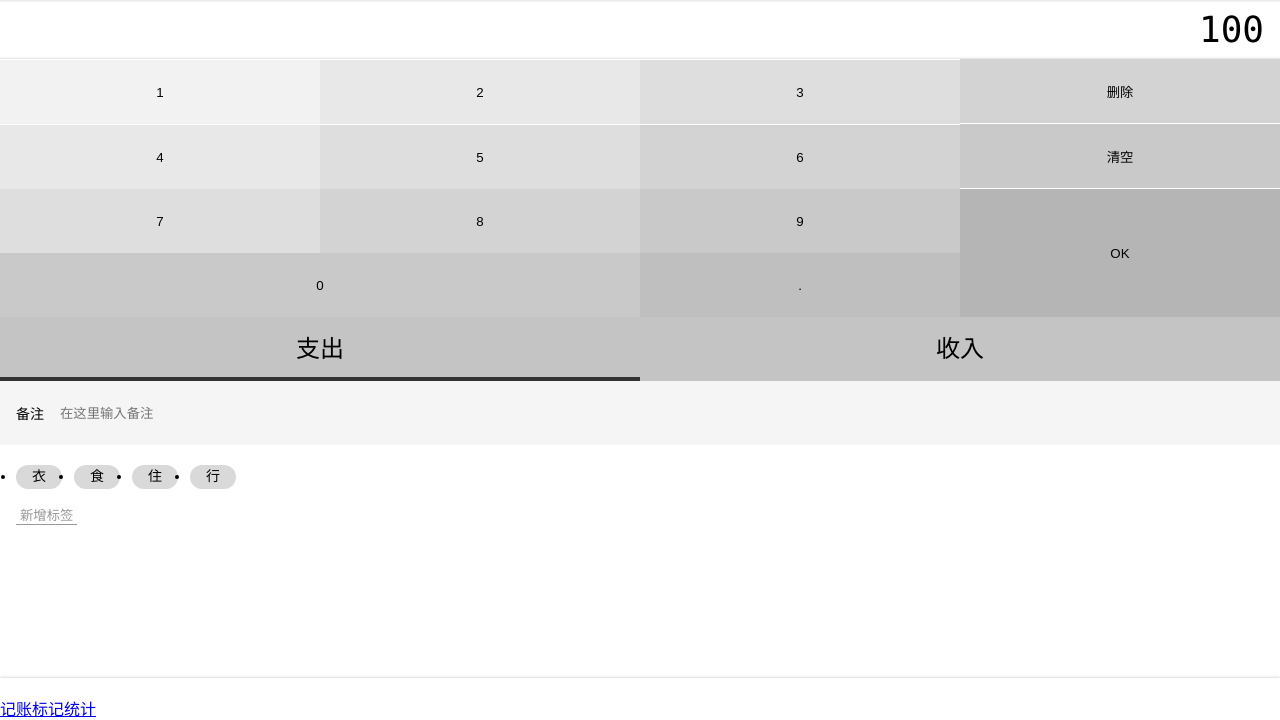
Repository: jiujiu407/bookkeeping
Page: /
An editor plug-in stored every save of this project. The page is shown before and after a run of saves, followed by the edit.
The browser window is 1280 px wide. The pictures show the whole page.
The project was rebuilt for these pictures with package versions that can differ from the ones it lists, and the page was loaded fresh each time. Also part of the build but not shown: vue.config.js, src/views/Labels.vue, src/views/Statistics.vue, src/views/NotFound.vue.

Above is the page before, as saved 2021-10-19 14:46:14.

### src/main.ts
import Vue from 'vue'
import App from './App.vue'
import './registerServiceWorker'
import router from './router'
import store from './store'
import Nav from '@/components/Nav.vue';
import Layout from '@/components/Layout.vue';
import Icon from '@/components/Icon.vue';

Vue.config.productionTip = false
Vue.component('Nav',Nav)
Vue.component('Layout',Layout)
Vue.component('Icon',Icon)
new Vue({
  router,
  store,
  render: h => h(App)
}).$mount('#app')

### src/App.vue
import router from '../.history/src/router/index_20211014144307';
<template>
<div>
  <router-view/>
</div>
</template>

<style lang="scss">
*{
  margin: 0;
  padding: 0;
  box-sizing: border-box;
}
#app {
  font-family: Avenir, Helvetica, Arial, sans-serif;
  -webkit-font-smoothing: antialiased;
  -moz-osx-font-smoothing: grayscale;
  text-align: center;
  color: #2c3e50;
}

#nav {
  padding: 30px;

  a {
    font-weight: bold;
    color: #2c3e50;

    &.router-link-exact-active {
      color: #42b983;
    }
  }
}
</style>

### src/router/index.ts
import Vue from 'vue'
import VueRouter, { RouteConfig } from 'vue-router'
import Money from '@/views/Money.vue'
import Labels from '@/views/Labels.vue'
import Statistics from '@/views/Statistics.vue'
import NotFound from '@/views/NotFound.vue'
Vue.use(VueRouter)

const routes: Array<RouteConfig> = [
  {
    // 根路径，重定向到money页面
    path:'/',
    redirect:'/money'
  },
 {
   path:'/money',
   component:Money
 },
 {
   path:'/labels',
   component:Labels
 },
 {
  path:'/statistics',
  component:Statistics
},
{
  // '*'指除了上面四个页面外的其他所有页面
  path:'*',
  component:NotFound
}
]

const router = new VueRouter({
  routes
})

export default router

### src/components/Nav.vue
<template>
    <nav>
    <router-link to="/money" class="item">
   <Icon name="money"></Icon>
    记账</router-link>
    <router-link to="/labels" class="item">
    <Icon name="label"></Icon>
    标记</router-link>
    <router-link to="/statistics" class="item">
    <Icon name="statistics"></Icon>
    统计</router-link>
  </nav>
</template>

<script lang="ts">
import Vue from 'vue'
export default Vue.extend({

})
</script>

// scoped:样式只在当前组件范围生效
<style lang="scss" scoped>
nav{
  display: flex;
  box-shadow: 0 0 3px rgba(0,0,0,0.25);
  flex-direction: row;
  >.item{

  }
}


</style>

### src/components/Layout.vue
<template>
    <div class="nav-wrapper">
        <div class="content">
           <slot></slot>
        </div>
     <Nav />
    </div>
</template>

<script>
    export default {

    }
</script>

<style lang="scss" scoped>
.nav-wrapper{
    display:flex;
    flex-direction: column;
    height: 100vh;
}
.content{
    // 1的意思是尽量把所有的高度都给content,其他部分占剩下的
    flex-grow: 1;
    overflow: auto;
}
</style>

### src/components/Icon.vue
<template>
    <div>
 <svg class="icon">
        <use :xlink:href="'#'+name"/>
    </svg>
    </div>
</template>

<script lang="ts">
let importAll = (requireContext: __WebpackModuleApi.RequireContext) => requireContext.keys().forEach(requireContext);
try{
    importAll(require.context('../assets/icons',true,/\.svg$/));
    }catch(error){
 console.log(error)
    }
    export default {
        props:['name']
    }
</script>

<style lang="scss" scoped>
   .icon{
       width: 1em;
       height: 1em;
       vertical-align: -0.15em;
       fill: currentColor;
       overflow: hidden;
   }
</style>

### src/views/Money.vue
import Money from '@/views/Money.vue';
import Layout from '@/components/Layout.vue';
<template>
    <div>
        <Layout class-prefix="layout">
          <div class="numberPad">
            <div class="output">100</div>
            <div class="buttons">
              <button>1</button>
              <button>2</button>
              <button>3</button>
              <button>删除</button>
              <button>4</button>
              <button>5</button>
              <button>6</button>
              <button>清空</button>
              <button>7</button>
              <button>8</button>
              <button>9</button>
              <button class="ok">OK</button>
              <button class="zero">0</button>
              <button>.</button>
            </div>
          </div>
          <div>
            <ul class="types">
              <li class="selected">支出</li>
              <li>收入</li>
            </ul>
          </div>
          <div>
            <label class="notes">
              <span class="name">备注</span>
              <input type="text" placeholder="在这里输入备注">
            </label>
          </div>
          <div class="tags">
            <div class="new">
              <button>新增标签</button>
            </div>
            <ul class="current">
              <li>衣</li>
              <li>食</li>
              <li>住</li>
              <li>行</li>
            </ul>
          </div>
        </Layout>
    </div>
</template>

<script>
    export default {
        name: "Money",
    }
</script>
<style lang="scss">
.layout-content{
  display: flex;
  flex-direction: column-reverse;
}
</style>
<style lang="scss" scoped>
@import "src/assets/style/helper";
.numberPad{
  .output{
    @extend %clearFix;
    @extend %innerShadow;
    font-size: 36px;
    font-family: Consolas, monospace;
    padding: 9px 16px;
    text-align: right;
  }
  .buttons{
    @extend %clearFix;
    > button{
      width: 25%;
      height: 64px;
      background: transparent;
      border: none;
      &.ok{
        height: 64*2px;
        float: right;
      }
      &.zero {
        width: 25% * 2;
      }
      $bg: #f2f2f2;
      &:nth-child(1){
        background: $bg;
      }
      &:nth-child(2),&:nth-child(5){
        background: darken($bg,4%);
      }
      &:nth-child(3),&:nth-child(6),&:nth-child(9){
        background: darken($bg,4*2%);
      }
      &:nth-child(4),&:nth-child(7),&:nth-child(10){
        background: darken($bg,4*3%);
      }
      &:nth-child(8),&:nth-child(11),&:nth-child(13){
        background: darken($bg,4*4%);
      }
      &:nth-child(14){
        background: darken($bg,4*5%);
      }
      &:nth-child(12){
        background: darken($bg,4*6%);
      }

    }
  }
}
.types{
  background: #c4c4c4;
  display: flex;
  text-align: center;
  font-size: 24px;
  > li {
    width: 50%;
    line-height: 64px;
    display: flex;
    justify-content: center;
    align-items: center;
    position: relative;
    &.selected::after {
      content: '';
      position: absolute;
      bottom: 0;
      left: 0;
      width: 100%;
      height: 4px;
      background: #333;
    }
  }
}
.notes{
  font-size: 14px;
  background: #f5f5f5;
  display: flex;
  padding-left: 16px;
  align-items: center;
  .name{
      padding-right: 16px;
  }
  input{
     height: 64px;
    flex-grow: 1;
    background: transparent;
    border: none;
    padding-right: 16px;
  }
}
.tags {
  font-size: 14px;
  padding: 16px;
  flex-grow: 1;
  display: flex;
  flex-direction: column-reverse;
  > .current {
    display: flex;
    flex-wrap: wrap;
    > li{
      background: #d9d9d9;
      $h:24px;
      height: $h;
      border-radius: $h/2;
      padding: 0 16px;
      margin-right: 12px;
      line-height: $h;
      margin-top: 4px;
    }
  }
  > .new{
    padding-top: 16px;
    button{
      background: transparent;
      border: none;
      color: #999;
      border-bottom: 1px solid;
      padding: 0 4px;
    }
  }
}
</style>

### src/assets/style/helper.scss
$font-hei: -apple-system, "Helvetica Neue", Helvetica, "Nimbus Sans L", Arial, "Liberation Sans", "PingFang SC", "Hiragino Sans GB", "Source Han Sans CN", "Source Han Sans SC", "Microsoft YaHei", "Wenquanyi Micro Hei", "WenQuanYi Zen Hei", "ST Heiti", SimHei, "WenQuanYi Zen Hei Sharp", sans-serif;
$font-kai:Baskerville, Georgia, "Liberation Serif", "Kaiti SC", STKaiti, "AR PL UKai CN", "AR PL UKai HK", "AR PL UKai TW", "AR PL UKai TW MBE", "AR PL KaitiM GB", KaiTi, KaiTi_GB2312, DFKai-SB, "TW\-Kai", serif;
$font-song: Georgia, "Nimbus Roman No9 L", "Songti SC", STSong, "AR PL New Sung", "AR PL SungtiL GB", NSimSun, SimSun, "TW\-Sung", "WenQuanYi Bitmap Song", "AR PL UMing CN", "AR PL UMing HK", "AR PL UMing TW", "AR PL UMing TW MBE", PMingLiU, MingLiU, serif;
$color-hughlight: #f00;

%clearFix{
  &::after{
    content: '';
    clear: both;
    display: block;
  }
}
$color-shadow: rgba(0,0,0,0.25);
%outerShadow{
  box-shadow: 0 0 3px $color-shadow;
}
%innerShadow{
  box-shadow: inset 0 -3px 3px -3px $color-shadow,
  inset 0 3px 3px -3px $color-shadow;
}

Loaded but not shown: public/index.html (common file); src/registerServiceWorker.ts (common file); src/store/index.ts (common file)

After the next 6 saves:
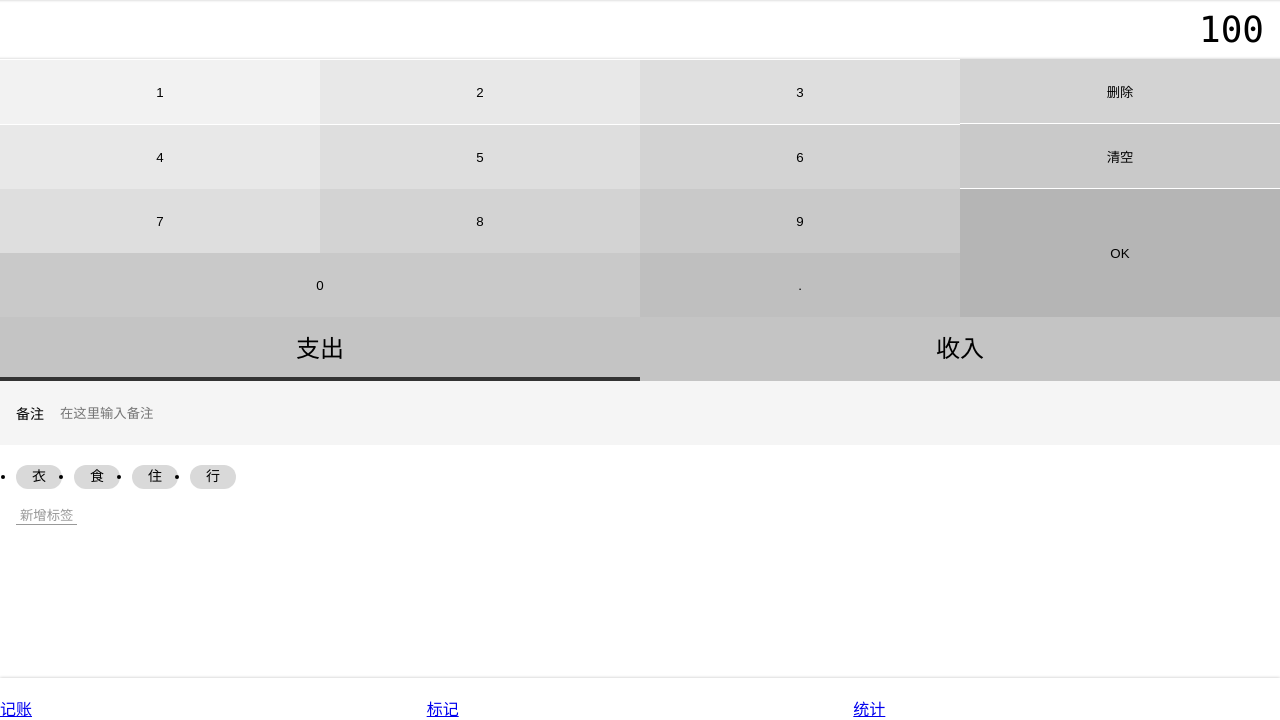
The 6 saves are shown as one change because they came seconds apart.
The last was saved 31 s later.
--- a/src/components/Nav.vue
+++ b/src/components/Nav.vue
@@ -26,7 +26,7 @@ nav{
   box-shadow: 0 0 3px rgba(0,0,0,0.25);
   flex-direction: row;
   >.item{
-
+    width: 33.3333%;
   }
 }
 
